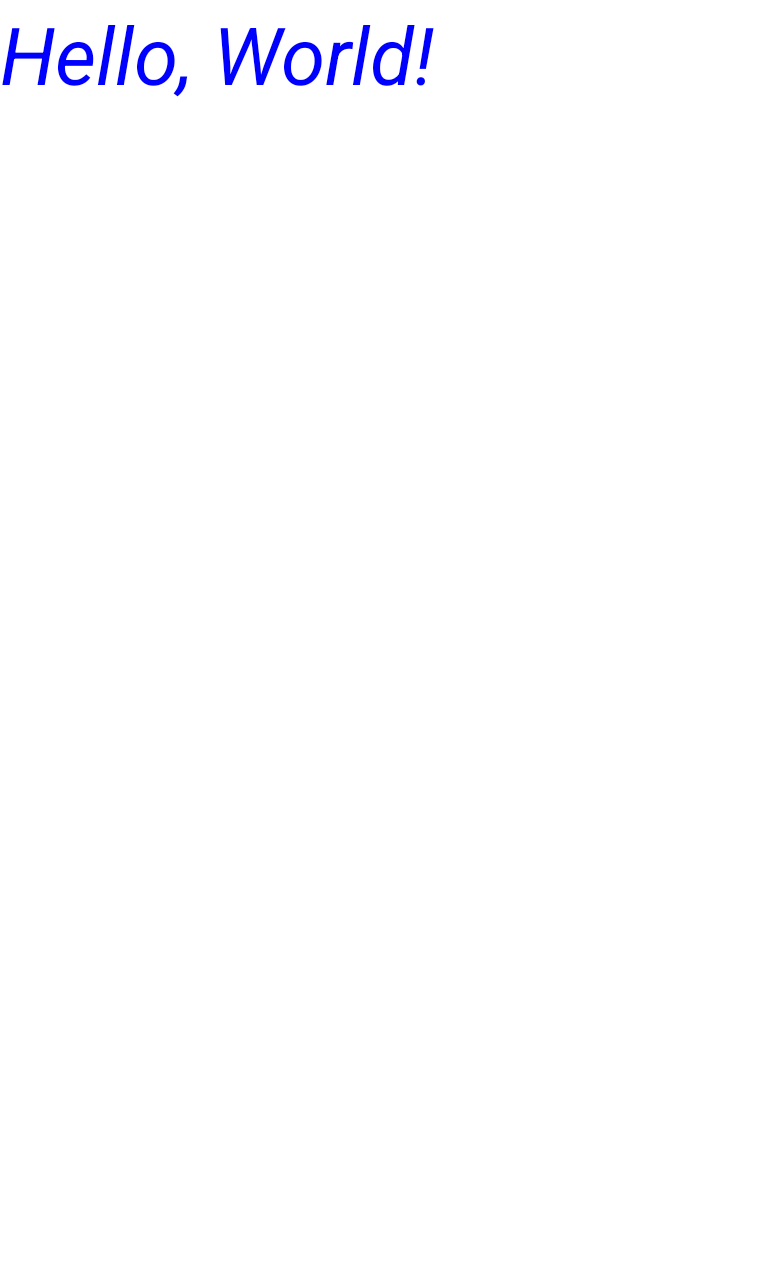
Repository: yjaeseok/gnssm_android_codelab
Layout: source/Day2-View/res/layout/day2view.xml
The author's editor kept a copy of each file at every save. The layout is drawn from the files as they stood at one save, then again after the next save.
It is drawn on a 768 x 1280 px phone screen (xhdpi) without system bars, with theme AppTheme; the app's code is not run.

Above is the layout before, as saved 2014-04-02 10:59:40.

After the next save:
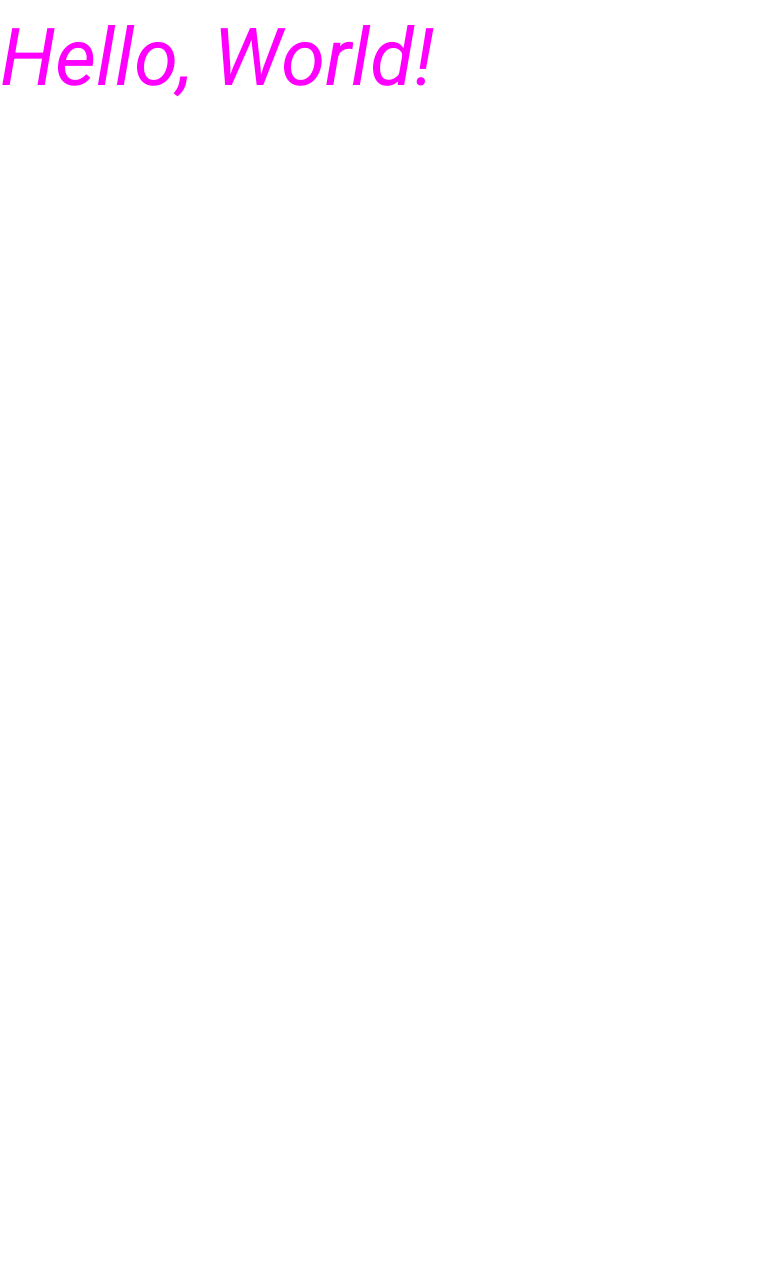
Saved 20 s later.
--- a/source/Day2-View/res/layout/day2view.xml
+++ b/source/Day2-View/res/layout/day2view.xml
@@ -10,6 +10,6 @@
         android:text="Hello, World!"
         android:textSize="40dp"
         android:textStyle="italic"
-        android:textColor="#0000FF"
+        android:textColor="#FF00FF"
         />
 </LinearLayout>
